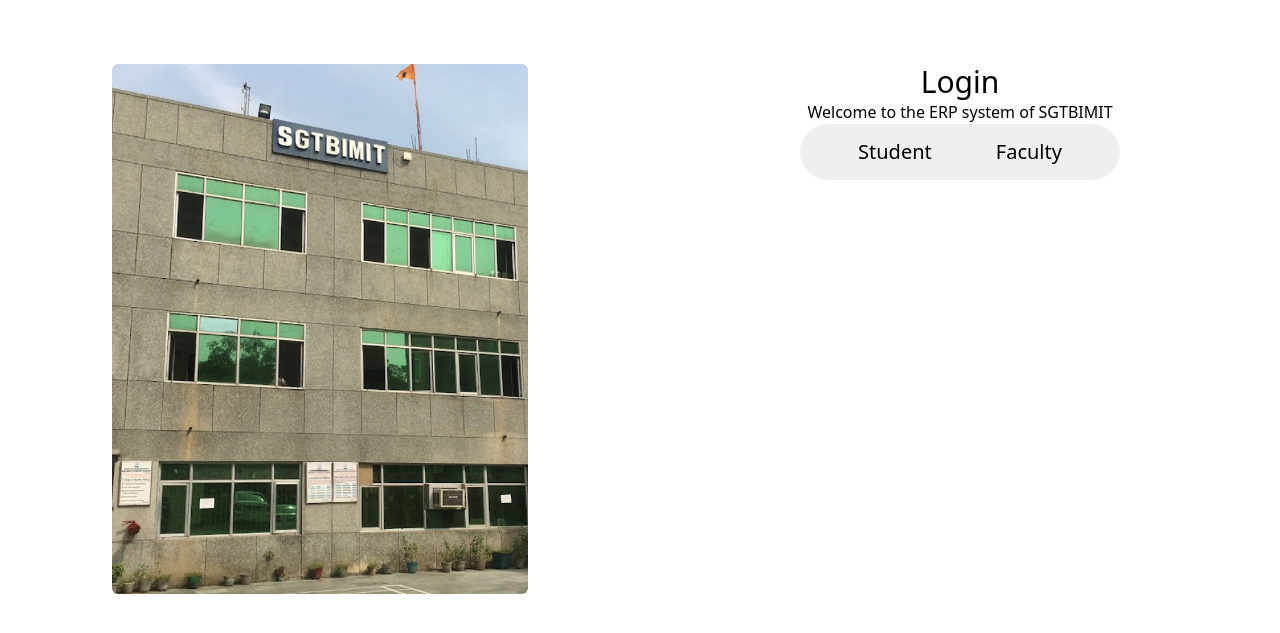
Repository: SehajBindra/SGTBIMIT-ERP-Client
Page: /StudentLogin
The author's editor kept a copy of each file at every save. The page is drawn from the files as they stood at one save, then again after the next save.
The browser window is 1280 px wide. The pictures show the whole page.
The project was rebuilt for these pictures with package versions that can differ from the ones it lists, and the page was loaded fresh each time. Also part of the build but not shown: src/LOGIN/Login.js, src/LOGIN/FACULTY/FacultyLogin.js, src/STUDENT_PAGE/StuBody.js, src/STUDENT_PAGE/StuSidebar.js, src/STUDENT_PAGE/StuHeader.js, src/STUDENT_PAGE/StudentHome.js, src/FACULTY_PAGE/FacBody.js, src/FACULTY_PAGE/FacHeader.js and 2 more.

Above is the page before, as saved 2023-05-14 15:45:50.

After the next save:
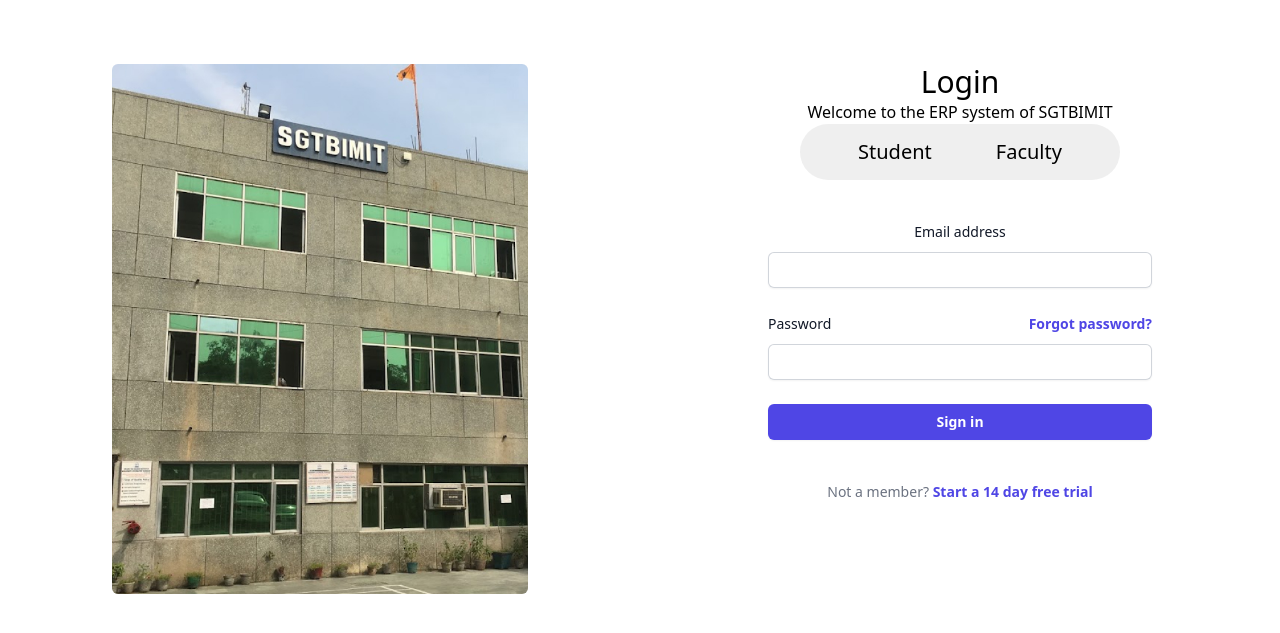
Saved 2 min 30 s later.
--- a/src/LOGIN/STUDENT/StudentLogin.js
+++ b/src/LOGIN/STUDENT/StudentLogin.js
@@ -36,6 +36,79 @@
           <p>student</p>
           <p className="">faculty</p>
         </div>
+
+        <div>
+          <div className="mt-10 sm:mx-auto sm:w-full sm:max-w-sm">
+            <form className="space-y-6" action="#" method="POST">
+              <div>
+                <label
+                  htmlFor="email"
+                  className="block text-sm font-medium leading-6 text-gray-900"
+                >
+                  Email address
+                </label>
+                <div className="mt-2">
+                  <input
+                    id="email"
+                    name="email"
+                    type="email"
+                    autoComplete="email"
+                    required
+                    className="block w-full rounded-md border-0 py-1.5 text-gray-900 shadow-sm ring-1 ring-inset ring-gray-300 placeholder:text-gray-400 focus:ring-2 focus:ring-inset focus:ring-indigo-600 sm:text-sm sm:leading-6"
+                  />
+                </div>
+              </div>
+
+              <div>
+                <div className="flex items-center justify-between">
+                  <label
+                    htmlFor="password"
+                    className="block text-sm font-medium leading-6 text-gray-900"
+                  >
+                    Password
+                  </label>
+                  <div className="text-sm">
+                    <a
+                      href="#"
+                      className="font-semibold text-indigo-600 hover:text-indigo-500"
+                    >
+                      Forgot password?
+                    </a>
+                  </div>
+                </div>
+                <div className="mt-2">
+                  <input
+                    id="password"
+                    name="password"
+                    type="password"
+                    autoComplete="current-password"
+                    required
+                    className="block w-full rounded-md border-0 py-1.5 text-gray-900 shadow-sm ring-1 ring-inset ring-gray-300 placeholder:text-gray-400 focus:ring-2 focus:ring-inset focus:ring-indigo-600 sm:text-sm sm:leading-6"
+                  />
+                </div>
+              </div>
+
+              <div>
+                <button
+                  type="submit"
+                  className="flex w-full justify-center rounded-md bg-indigo-600 px-3 py-1.5 text-sm font-semibold leading-6 text-white shadow-sm hover:bg-indigo-500 focus-visible:outline focus-visible:outline-2 focus-visible:outline-offset-2 focus-visible:outline-indigo-600"
+                >
+                  Sign in
+                </button>
+              </div>
+            </form>
+
+            <p className="mt-10 text-center text-sm text-gray-500">
+              Not a member?{" "}
+              <a
+                href="#"
+                className="font-semibold leading-6 text-indigo-600 hover:text-indigo-500"
+              >
+                Start a 14 day free trial
+              </a>
+            </p>
+          </div>
+        </div>
       </div>
     </div>
   );
